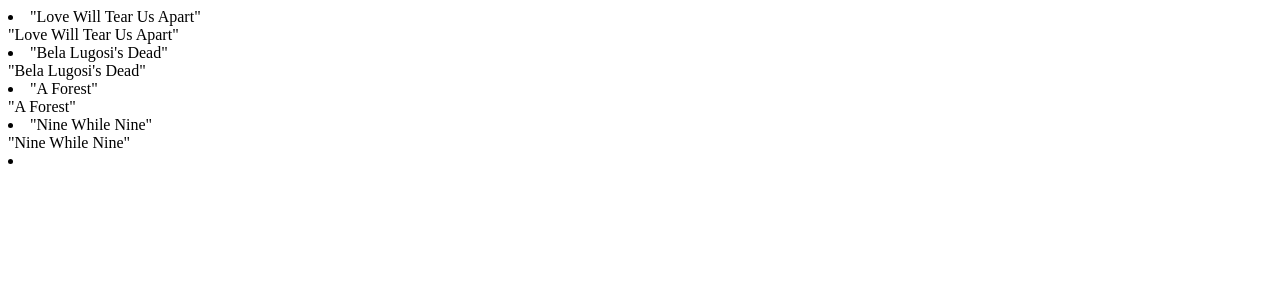
Repository: RonnieL2005/ginger
Page: my_list.html
The author's editor kept a copy of each file at every save. The page is drawn from the files as they stood at one save, then again after the next save.
The browser window is 1280 px wide. The pictures show the whole page.

Above is the page before, as saved 2023-12-05 09:28:15.

After the next save:
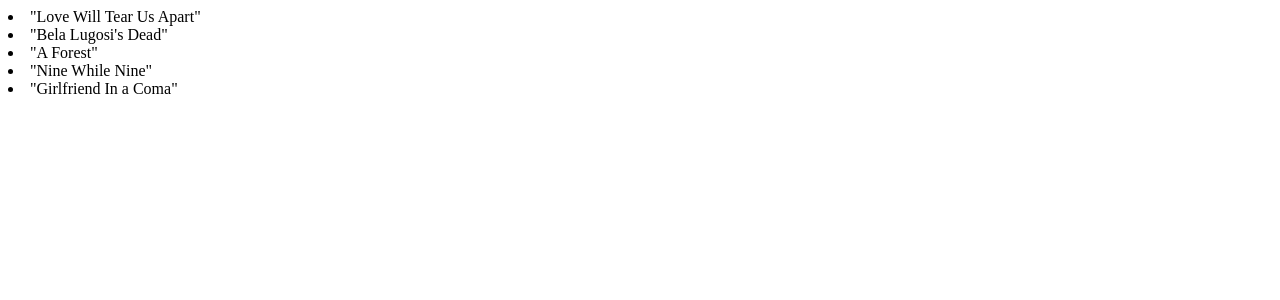
Saved 46 s later.
--- a/my_list.html
+++ b/my_list.html
@@ -1,5 +1,5 @@
-<li>"Love Will Tear Us Apart"</li>"Love Will Tear Us Apart"
-<li>"Bela Lugosi's Dead"</li>"Bela Lugosi's Dead"
-<li>"A Forest"</li>"A Forest"
-<li>"Nine While Nine"</li>"Nine While Nine"
-<li></li>
+<li>"Love Will Tear Us Apart"</li>
+<li>"Bela Lugosi's Dead"</li>
+<li>"A Forest"</li>
+<li>"Nine While Nine"</li>
+<li> "Girlfriend In a Coma"</li>
